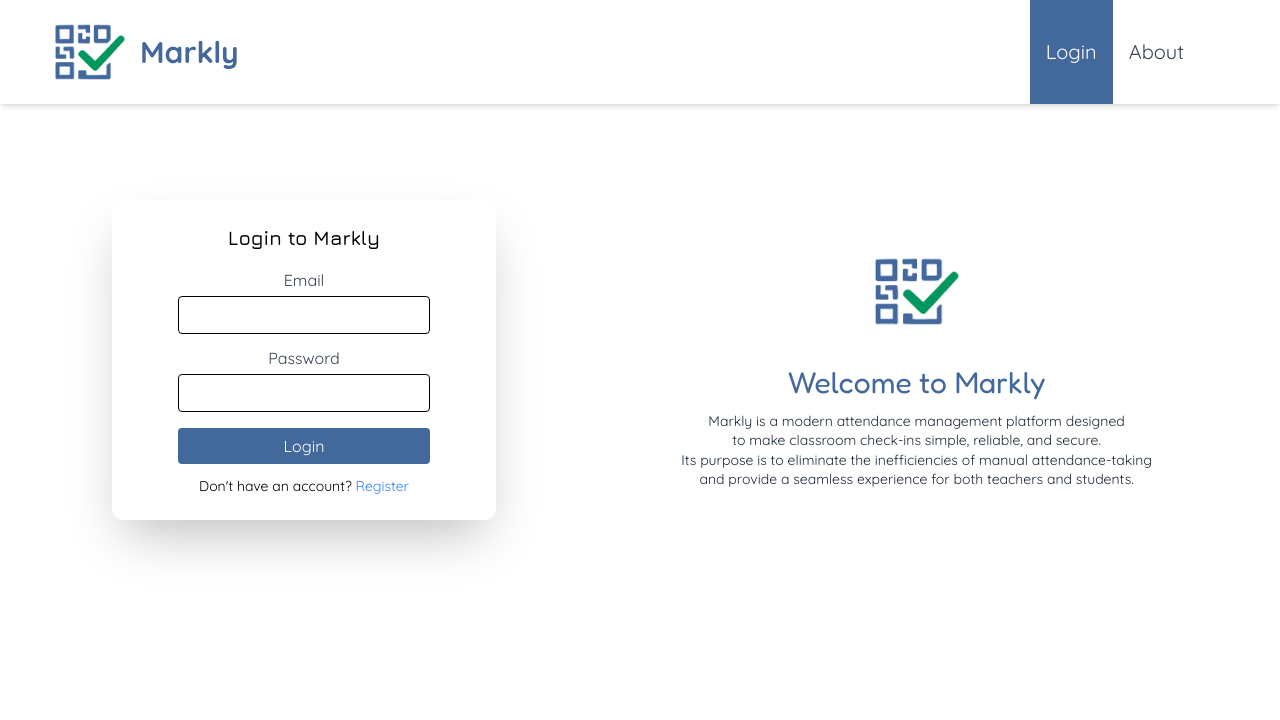
Repository: Mozukie/Markly
Page: /login
The author's editor kept a copy of each file at every save. The page is drawn from the files as they stood at one save, then again after the next save.
The browser window is 1280 px wide. The pictures show the whole page.
Some web fonts or font styles are not loaded; a fallback is used. The project was rebuilt for these pictures with package versions that can differ from the ones it lists, and the page was loaded fresh each time. Also part of the build but not shown: vite.config.js, src/pages/NotFound.jsx, src/pages/Home.jsx, src/components/About.jsx, src/pages/Students/studentdashboard.jsx.

Above is the page before, as saved 2025-08-23 22:13:27.

After the next save:
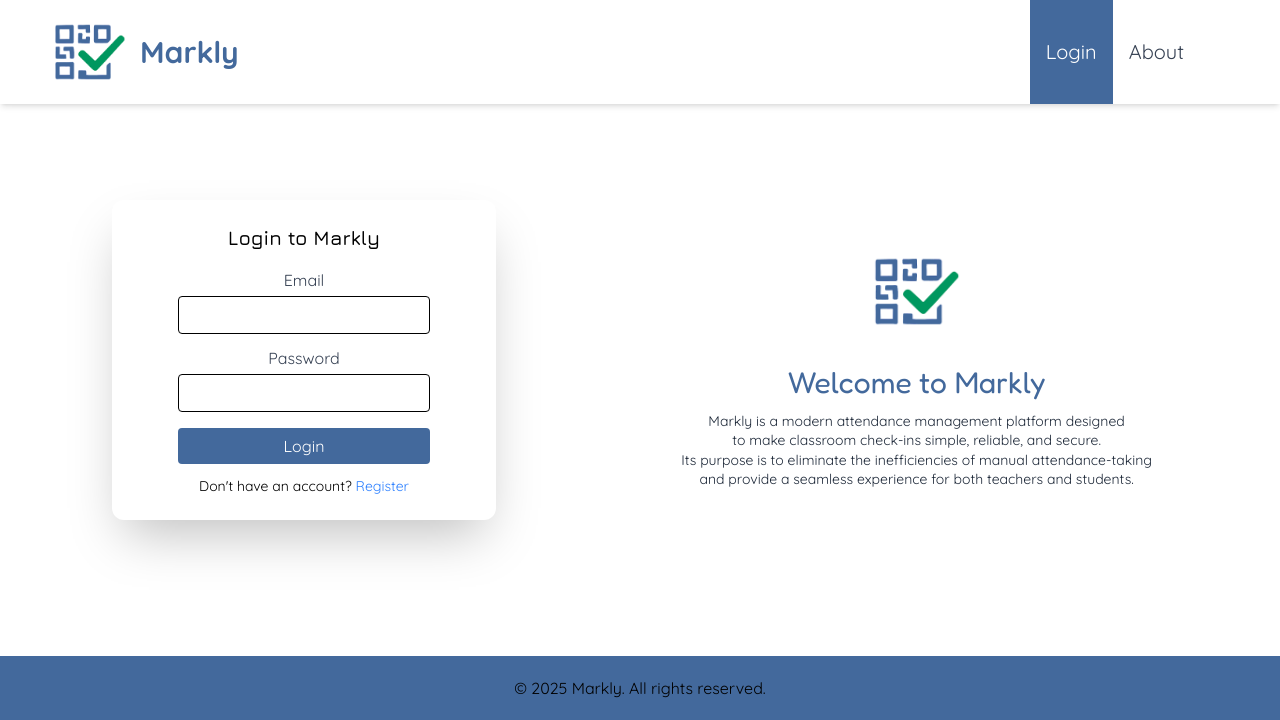
Saved 9 s later.
--- a/src/components/Footer.jsx
+++ b/src/components/Footer.jsx
@@ -5,7 +5,7 @@ import { NavLink } from "react-router-dom";
 export default function(){
     return(
         <>
-        <footer className="bg-[#43699c] h-16 flex items-center justify-center fixed">
+        <footer className="bg-[#43699c] h-16 flex items-center justify-center fixed bottom-0 left-0 right-0">
              &copy; 2025 Markly. All rights reserved.
         </footer>
         </>
